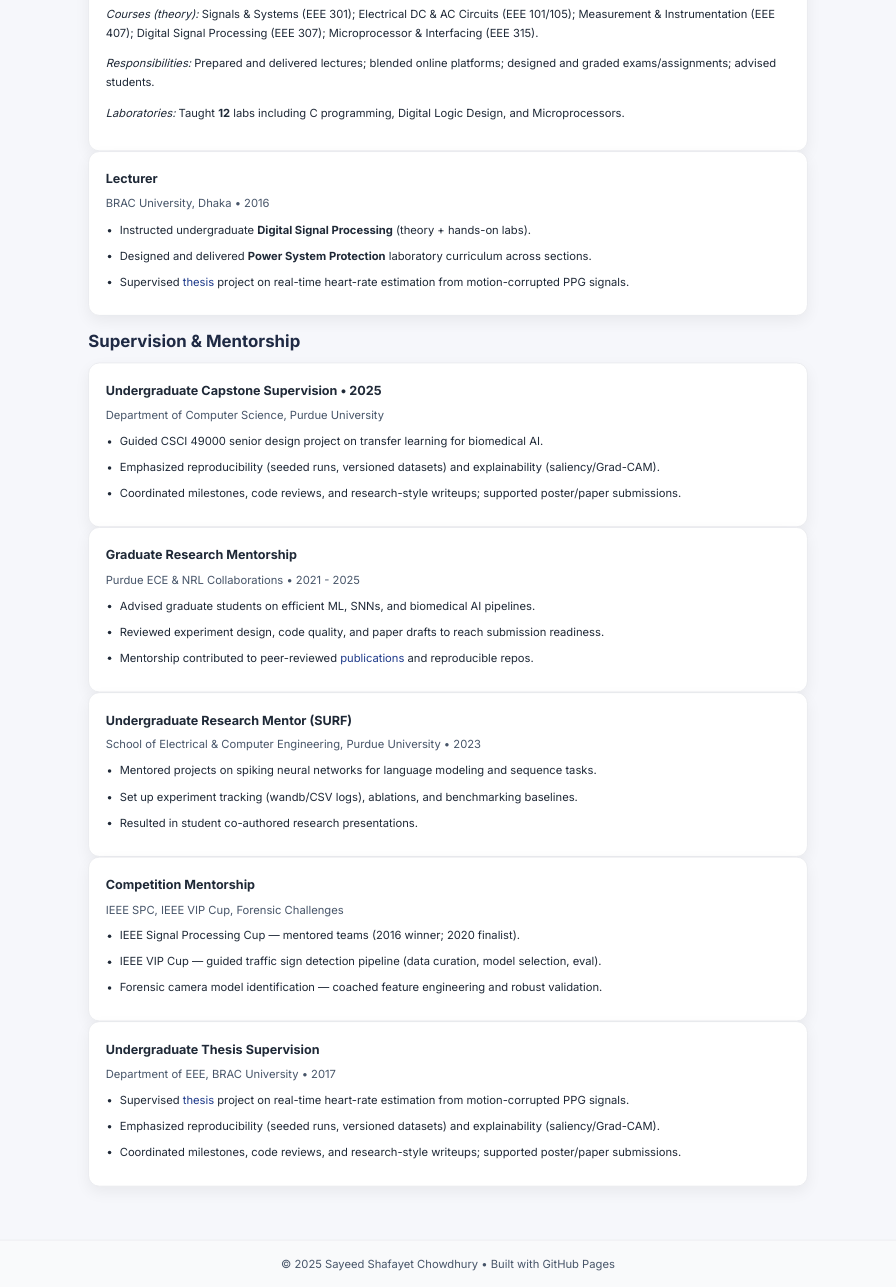
Repository: SayeedChowdhury/SayeedChowdhury.github.io
Page: teaching.html
The author's editor kept a copy of each file at every save. The page is drawn from the files as they stood at one save, then again after the next save.
The browser window is 1280 px wide. The pictures show the part of the page from y = 950 to 2870 px (the page is 2789 px tall before and 2870 px after), at 70% of full size.

Above is the page before, as saved 2025-08-13 10:58:06.

After the next save:
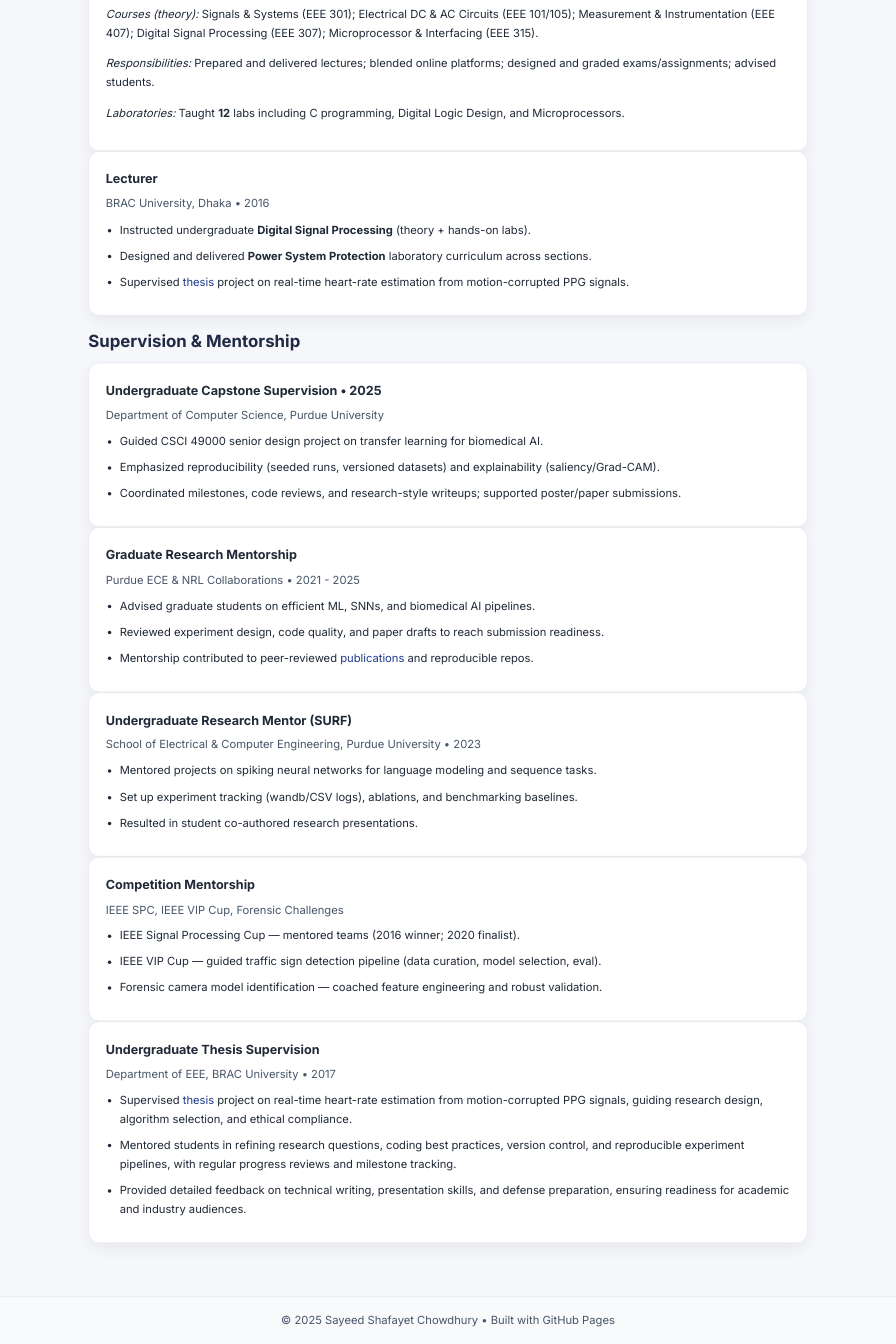
Saved 2 min 26 s later.
--- a/teaching.html
+++ b/teaching.html
@@ -134,10 +134,10 @@
       <h3>Undergraduate Thesis Supervision </h3>
       <div class="lead">Department of EEE, BRAC University • 2017</div>
       <ul class="list">
-        <li>Supervised <a href="https://dspace.bracu.ac.bd/xmlui/handle/10361/8610?show=full" target="_blank" rel="noopener">thesis</a> project on real-time heart-rate estimation from motion-corrupted PPG signals.</li>
-        <li>Emphasized reproducibility (seeded runs, versioned datasets) and explainability (saliency/Grad-CAM).</li>
-        <li>Coordinated milestones, code reviews, and research-style writeups; supported poster/paper submissions.</li>
-      </ul>
+        <li>Supervised <a href="https://dspace.bracu.ac.bd/xmlui/handle/10361/8610?show=full" target="_blank" rel="noopener">thesis</a> project on real-time heart-rate estimation from motion-corrupted PPG signals, guiding research design, algorithm selection, and ethical compliance.</li>
+        <li>Mentored students in refining research questions, coding best practices, version control, and reproducible experiment pipelines, with regular progress reviews and milestone tracking.</li>
+        <li>Provided detailed feedback on technical writing, presentation skills, and defense preparation, ensuring readiness for academic and industry audiences.</li>
+        </ul>
     </div>
 </div>
 
